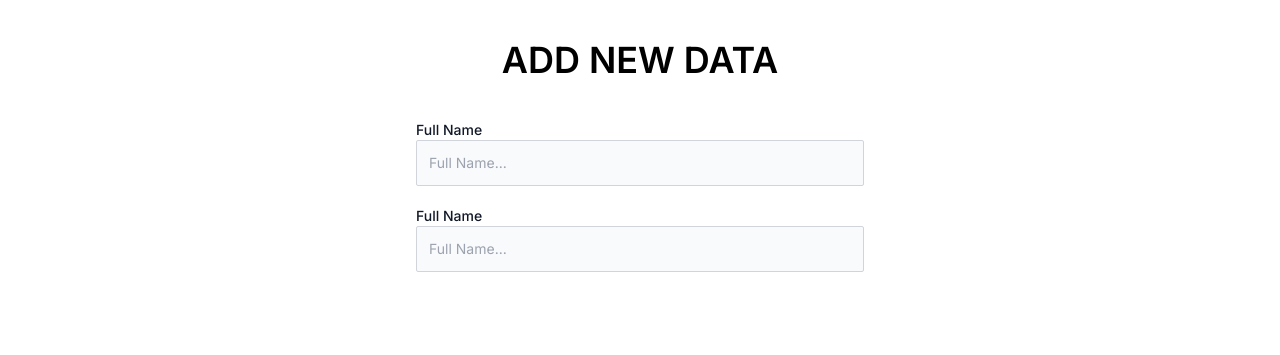
Repository: KilluaProject/crud-nextjs14
Page: /contacts/create
These files come from the project's save history. The page is drawn as it stood at one moment and after the next save; the edit follows.
The browser window is 1280 px wide. The pictures show the whole page.
The project was rebuilt for these pictures with package versions that can differ from the ones it lists, and the page was loaded fresh each time. The framework's server and built-in components were replaced by stand-ins that run in the browser. Also part of the build but not shown: next.config.mjs.

Above is the page before, as saved 2024-06-30 14:13:45.

After the next save:
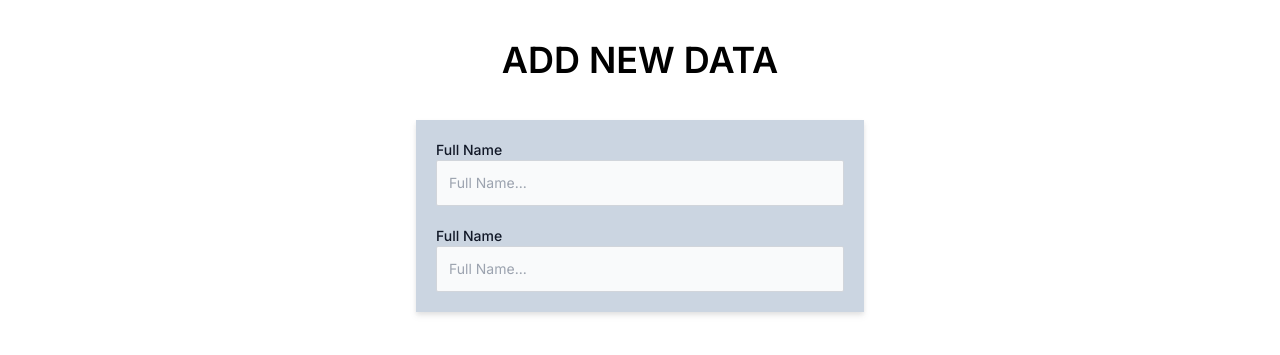
Saved 24 s later.
--- a/components/CreateForm.tsx
+++ b/components/CreateForm.tsx
@@ -2,7 +2,7 @@ import React from 'react'
 
 const CreateForm = () => {
   return (
-    <div>
+    <div className='bg-slate-300 drop-shadow-md p-5'>
       <form className='flex flex-col gap-5' action="">
         <div>
           <label htmlFor="name" className='block text-sm font-medium text-gray-900'>Full Name</label>
